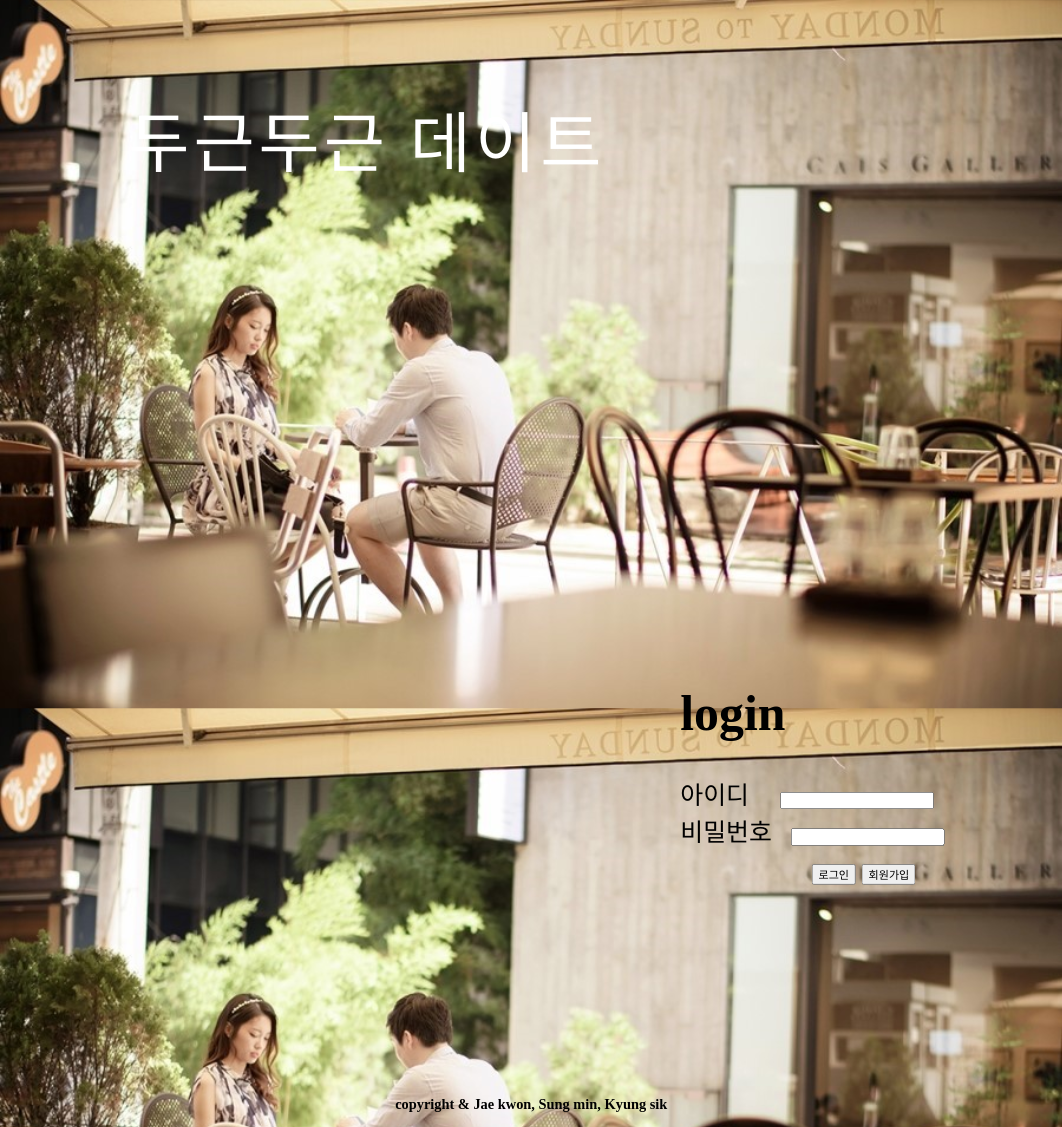
Repository: pinokio531/date_application
Page: http://localhost/doogeunDate/indexPage.jsp
An editor plug-in stored every save of this project. The page is shown before and after the next save, followed by the edit.
The browser window is 1280 px wide. The pictures show the whole page, at 83% of full size.
Some web fonts or font styles are not loaded; a fallback is used. The page is served by Tomcat 9.

Above is the page before, as saved 2019-06-04 09:59:20.

After the next save:
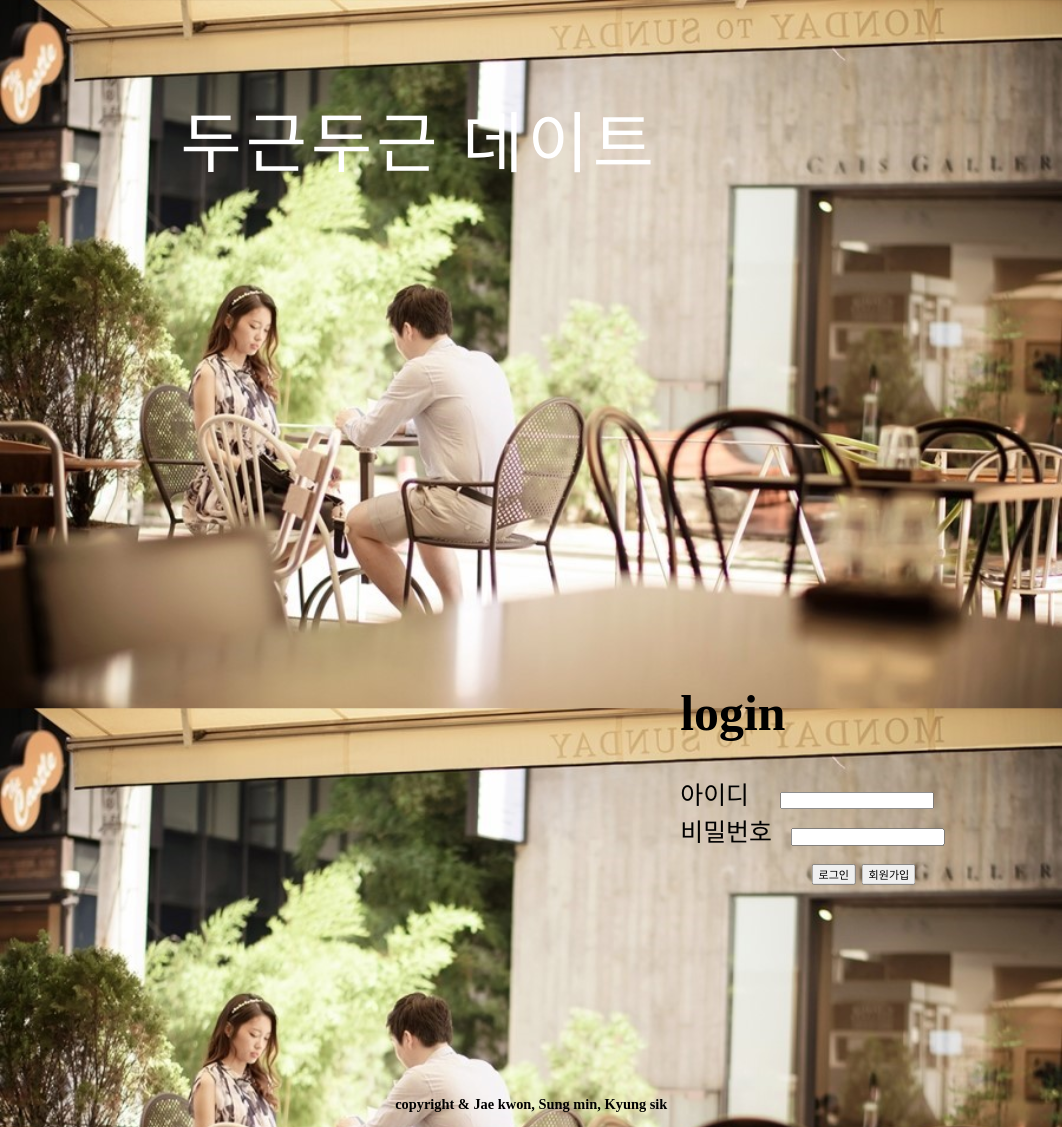
Saved 18 s later.
--- a/doogeunDate/WebContent/style/index.css
+++ b/doogeunDate/WebContent/style/index.css
@@ -4,7 +4,7 @@ body{
 }
 
 #header{
-    margin-left: 10%;
+    margin-left: 15%;
     padding: 20px;
     font-family: 'Nanum Brush Script', cursive;
     font-size: 60pt;
